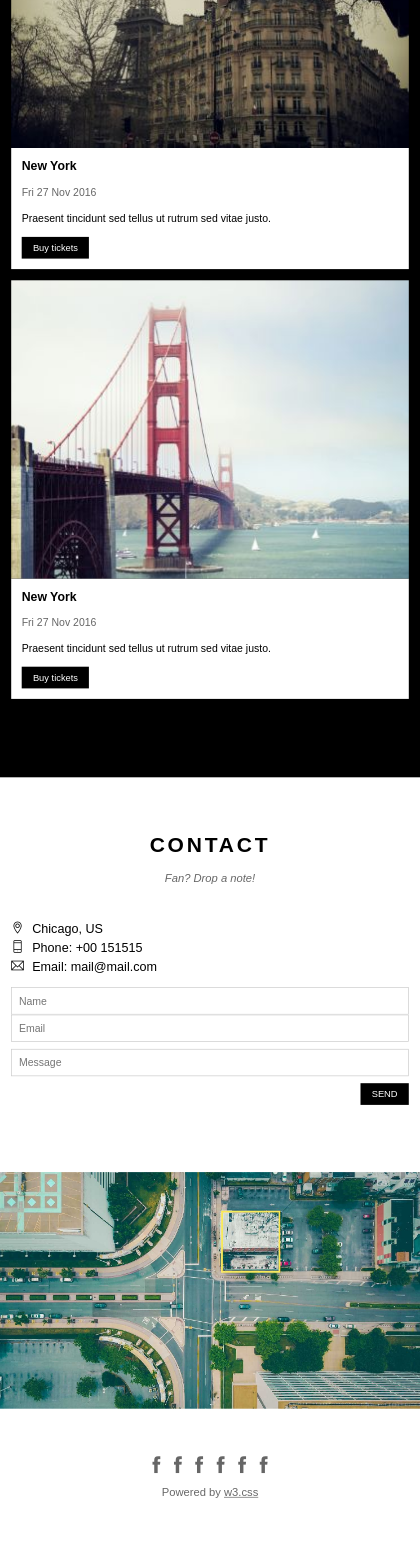
Repository: Bakyproit/the-Band
Page: index.html
These files come from the project's save history. The page is drawn as it stood at one moment and after a run of saves; the edit follows.
The browser window is 600 px wide. The pictures show the part of the page from y = 3299 to 5539 px (the page is 5519 px tall before and 5539 px after), at 70% of full size.

Above is the page before, as saved 2022-01-03 23:38:06.

### index.html
<!DOCTYPE html>
<html lang="en">
<head>
    <meta charset="UTF-8">
    <meta http-equiv="X-UA-Compatible" content="IE=edge">
    <meta name="viewport" content="width=device-width, initial-scale=1.0">
    <link rel="stylesheet" href="./assets/fonts/themify-icons/themify-icons.css">
    <link rel="stylesheet" href="./assets/css/style.css">
    <link rel="stylesheet" href="./assets/css/reponsive.css">
    <title>The-Band</title>
</head>
<body>

    <div id="main">
        <!-- begin header   -->
        <div id="header">
            <!-- Begin : Nav -->
            <ul id="nav">
                <li>
                    <a href="#">Home</a>
                </li>
                <li><a href="#band">Band</a></li>
                <li><a href="#tour">Tour</a></li>
                <li><a href="#contact">Contact</a></li>
                <li>
                    <a href="#">
                        More
                        <i class="nav-arrow-down ti-angle-down"></i>

                    </a>
                    <ul class="subnav">
                        <li><a href="#">Merchandise</a></li>
                        <li><a href="#">Extras</a></li>
                        <li><a href="#">Media</a></li>
                    </ul>
                </li>
            </ul>
            <!-- End : Nav -->
            <!-- Begin : Search button -->
            <div class="search-btn">
                <i class="search-icon ti-search"></i>
            </div>
            <div class="mobile-menu-btn" id='mobile-menu'>
                <i class="menu-icon ti-menu"></i>
            </div>
            <!-- End : Search button-->


        </div>
        <!-- end header     -->
        <!-- Begin slider== -->
        <div id="slider">
            <div class="text-content">
                <h2 class="text-heading">Chicago</h2>
                <div class="text-description">Thank you, Chicago - A night we won't forget</div>
            </div>

        </div>
        <!-- End slider    -->
        <!-- Begin content -->
        <div id="content">
        <!-- The- band -->
            <div id ="band" class="content-section">
                <h2 class="section-heading">THE BAND</h2>
                <p class="section-sub-heading">We love music</p>
                <p class="about-text">We have created a fictional band website. Lorem ipsum dolor sit amet, consectetur adipiscing elit, sed do eiusmod tempor incididunt ut labore et dolore magna aliqua. Ut enim ad minim veniam, quis nostrud exercitation ullamco laboris nisi ut aliquip ex ea commodo consequat. Duis aute irure dolor in reprehenderit in voluptate velit esse cillum dolore eu fugiat nulla pariatur. Excepteur sint occaecat cupidatat non proident, sunt in culpa qui officia deserunt mollit anim id est laborum consectetur adipiscing elit, sed do eiusmod tempor incididunt ut labore et dolore magna aliqua. Ut enim ad minim veniam, quis nostrud exercitation ullamco laboris nisi ut aliquip ex ea commodo consequat.</p>
                <div class="member-list">
                    <div class="col-third member-item">
                        <p class="member-name">Name</p>
                        <img src="/assets/img/bandmember.jpg" alt="" class="member-img">
                    </div>
                    <div class="col-third member-item">
                        <p class="member-name">Name</p>
                        <img src="/assets/img/bandmember.jpg" alt="" class="member-img">
                    </div>
                    <div class="col-third member-item">
                        <p class="member-name">Name</p>
                        <img src="/assets/img/bandmember.jpg" alt="" class="member-img">
                    </div>

                </div>

            </div>
        <!-- Tour -->
            <div id ="tour" class="tour-section">
                <div class="content-section ">
                    <h2 class="section-heading text-white">TOUR DATES</h2>
                    <p class="section-sub-heading text-white">Remember to book your tickets!</p>
                    <ul class="tickets-list">
                        <li>
                            September
                            <span class="sold-out">Sold out</span>
                        </li>
                        <li>
                            October
                            <span class="sold-out" >Sold out</span>
                        </li>
                        <li>
                            November
                            <span class="quantity" >3</span>
                        </li>
                    </ul>
                    <!-- places - list -->
                    <div class="places-list row">
                        <div class="places-item  col col-third">
                            <img src="/assets/img/play/play1.jpg" alt="" class="places-img">
                            <div class="places-content">
                                <h3 class="places-name">New York</h3>
                                <p class="places-time">Fri 27 Nov 2016</p>
                                <p class="places-title">Praesent tincidunt sed tellus ut rutrum sed vitae justo.</p>
                                <button  class="btn js-buy-tickets ">Buy tickets</button>
                            </div>
                        </div>
                        <div class="places-item  col col-third ">
                            <img src="/assets/img/play/play2.jpg" alt="" class="places-img">
                            <div class="places-content">
                                <h3 class="places-name">New York</h3>
                                <p class="places-time">Fri 27 Nov 2016</p>
                                <p class="places-title">Praesent tincidunt sed tellus ut rutrum sed vitae justo.</p>
                                <button  class="btn js-buy-tickets ">Buy tickets</button>
                            </div>
                        </div>
                        <div class="places-item  col col-third">
                            <img src="/assets/img/play/play3.jpg" alt="" class="places-img">
                            <div class="places-content">
                                <h3 class="places-name">New York</h3>
                                <p class="places-time">Fri 27 Nov 2016</p>
                                <p class="places-title">Praesent tincidunt sed tellus ut rutrum sed vitae justo.</p>
                                <button  class="btn js-buy-tickets ">Buy tickets</button>
                            </div>
                        </div>
                    </div>
                </div>
            </div>
        <!--    Contact -->
            <div id ="contact" class="content-section">
                <h2 class="section-heading ">CONTACT</h2>
                <p class="section-sub-heading ">Fan? Drop a note!</p>
                <!-- contact - content -->
                <div class="row contact-content">
                    <div class="col col-half contact-info">
                        <p><i class="ti-location-pin"></i>Chicago, US</p>
                        <p><i class="ti-mobile"></i>Phone: +00 151515</p>
                        <p><i class="ti-email"></i>Email: mail@mail.com</p>
                    </div>
                    <div class="col col-half contact-form">
                        <form action="">
                            <div class="row flex contact-name-email">
                                <div class="col col-half contact__input">
                                    <input type="text" name="" placeholder="Name" required id="" class="form-control">
                                </div>
                                <div class="col col-half contact__input">
                                    <input type="email" name="" placeholder="Email" required  id="" class="form-control">
                                </div>
                            </div>

                            <div class="row ">
                                <div class="col col-full">
                                    <input type="text" name="" placeholder="Message" required id="" class="form-control">
                                </div>
                            </div>
                            <input type="submit" value="SEND" class="btn pull-right">
                        </form>
                    </div>
                </div>
            </div>
        <!-- map -->
            <div class="map-section">
                <img src="./assets/img/map.jpg" alt="Map">
            </div>

        </div>
        <!-- End content -->
        <!-- Begin footer -->
        <div id="footer">
            <div class="social-list">
                <a href=""><i class="ti-facebook"></i></a>
                <a href=""><i class="ti-facebook"></i></a>
                <a href=""><i class="ti-facebook"></i></a>
                <a href=""><i class="ti-facebook"></i></a>
                <a href=""><i class="ti-facebook"></i></a>
                <a href=""><i class="ti-facebook"></i></a>
            </div>
            <p class="copy-right">Powered by <a href="">w3.css</a></p>
        </div>
        <!-- end-footer -->
        <!-- modal -->
        <div class="modal js-modal">
            <div class="modal-container js-modal-container">
                <div class="modal-close js-modal-close">
                    <i class="ti-close"></i>
                </div>
                <!-- header -->
                <header class="modal-header">
                    <i class="ti-bag"></i>
                    Tickets
                </header>
                <!-- body -->
                <div class="modal-body">
                    <label for="ticket-quantity" class="model-label">
                        <i class="ti-shopping-cart"></i>
                        Tickets, $15 per person
                    </label>
                    <input id="ticket-quantity" type="text" class="modal-input" placeholder="Howmany ?">


                    <label for="ticket-email" class="model-label">
                        <i class="ti-user"></i>
                        Send To
                    </label>
                    <input id= "ticket-email" type="text" class="modal-input" placeholder="Enter email ?">

                    <button class="buy-tickets">
                        Pay
                        <i class="ti-check"></i>
                    </button>
                </div>
                <footer class="modal-footer">
                    <p class="modal-help">Need <a href="">help?</a></p>
                </footer>
            </div>
        </div>
        <!-- end modal -->
        <!-- javascript -->
        <script>
            const buyBtns = document.querySelectorAll('.js-buy-tickets')
            const modal = document.querySelector('.js-modal')
            const modalClose = document.querySelector('.js-modal-close')
            const modalContainer =document.querySelector('.js-modal-container')
            function buyTickets(){
                modal.classList.add('open')
            }
            function hiddenBuyTickets(){
                modal.classList.remove('open')
            }


            for(const buyBtn of buyBtns){
                buyBtn.addEventListener('click' ,buyTickets )
            }
            modalClose.addEventListener('click' , hiddenBuyTickets)
            modal.addEventListener('click' , hiddenBuyTickets)
            modalContainer.addEventListener('click' , function (event){
                event.stopPropagation()
            })


            // dong mo menu
            var header = document.getElementById('header') ;
            var mobileMenu = document.getElementById('mobile-menu') ;
            var headerHeight = header.clientHeight ;
            mobileMenu.onclick= function(){
                // console.log(header.clientHeight);
                var isClosed = header.clientHeight === headerHeight ;
                if(isClosed){
                    header.style.height = 'auto' ;
                }else {
                    header.style.height = null ;
                }
            }
            //  tu dong dong khi chon menu
            var menuItems = document.querySelectorAll('#nav li a[href*="#"]') ;
            console.log(menuItems) ;
            for(var i = 0;i < menuItems.length ;i++) {
                var menuItem = menuItems[i] ;

                menuItem.onclick = function(event){
                    // kiem tra ae lien ke no
                    var isParentMenu = this.nextElementSibling &&
                            this.nextElementSibling.classList.contains('subnav') ;
                    if(isParentMenu){
                        event.preventDefault() ;
                    }else{
                        header.style.height = null ;
                    }
                }
            }

        </script>
        <!-- javascript -->
    </div>
</body>
</html>



<!-- hang row -->

### assets/css/style.css
/*
Reset css
*/
*{
    padding: 0;
    margin:  0;
    box-sizing: border-box;
}
html {
    font-family: Arial, Helvetica, sans-serif;
    scroll-behavior: smooth;
}
#main {

}
.text-white{
    color:#fff !important;
}
.btn{
    display: inline-block;
    text-decoration: none;
    padding: 8px 16px;
    color: #fff;
    background-color: #000;
    border : none  ;
}
.btn:hover{
    color: #000!important;
    background-color: #ccc!important;
    cursor: pointer;
}

.pull-right{
    float: right !important ;
}
.flex{
    display: flex;
    flex-wrap: wrap;
}

.row {
    margin-left: -8px;
    margin-right: -8px;
}
.col {
    padding-left: 8px;
    padding-right: 8px;
}
.col-third{
    width: 33.33333%;
}
.col-half{
    width: 50%;
}
.col-full{
    width: 100%;
}
/* =====header===== */
#header {
    height: 46px;
    background-color: #000;
    position: fixed;
    top : 0 ;
    right: 0;
    left : 0;
    z-index: 1;
}
#nav{
    display: inline-block;
}
#nav .subnav {
    list-style-type: none;
}
/* nav */
#nav > li{
    display: inline-block;
    position: relative;
}
#nav li a{
    display: inline-block;
    color : #fff ;
    text-decoration: none;
    line-height: 46px;
    padding: 0px 24px;
    text-transform: uppercase;
}
#nav > li:hover > a,
#nav .subnav li:hover a{
    color : #000 ;
    background-color: #ccc;
}
/*     subnav */
#nav .subnav{
    display: none;
    position: absolute;
    top:100% ;
    background-color: #fff;
    /* bong do */
    box-shadow: 0 0 10px rgba(0, 0, 0,0.5) ;
    min-width: 160px;
}
#nav li:hover .subnav {
    display: block ;
}

#nav .subnav  a{
    display:  block;
    color: #000;
    padding: 0 12px;
    line-height: 38px;
}
#nav .nav-arrow-down{
    font-size: 14px;
}
.mobile-menu-btn{
    position: absolute;
    top: 0;
    right: 0;
}
.mobile-menu-btn,
#header .search-btn{
    float: right;
    padding: 0 21px;
}

#header .search-btn:hover{
    cursor: pointer;
    background-color:#f44336 ;
}
#header .mobile-menu-btn:hover {
    background-color:#ccc ;
}
#header .mobile-menu-btn:hover .menu-icon{
    color: #000;
}
#header .menu-icon ,
#header .search-icon{
    color : #fff ;
    font-size: 20px;
    line-height: 46px;
}


/* ====end header=======                 */
/*      Begin slider                     */
#slider {
    margin-top: 46px;
    padding-top:50%;
    /* luon bang 50% chieu rong */
    background: url('/assets/img/slider/slider1.jpg') top center / cover no-repeat;
    position: relative;
}
#slider .text-content{
    position: absolute;
    bottom: 48px;
    left:50%;
    color:#fff ;
    transform: translateX(-50%);
    text-align: center;

}
#slider .text-heading{
    margin:  0 0 25px 0 ;
    font-weight: 500px;
    font-size: 24px;
}
#slider .text-description{
    font-size: 15px;
}
/*    End slider                     */
/*    Begin content                  */
#content {
    color : #000 ;
}
#content .content-section{
    width: 800px;
    max-width: 100%;
    margin-left: auto;
    margin-right: auto;
    padding: 64px 16px;

}
#content .section-heading{
    margin: 10px 0;
    font-size: 30px;
    text-align: center;
    font-weight: 400px;
    letter-spacing: 4px;
    line-height: 45px;
}
#content .section-sub-heading{
    margin:15px 0 ;
    text-align: center;
    font-style: italic;
    opacity: 0.6;
    line-height: 22px;
}
/*             About                   */
#content .about-text{
    margin: 15px 0 ;
    font-size: 14px;
    text-align: justify ;
    line-height: 1.6;

}
#content .member-list{
    padding: 32px 0 ;
    display: flex;
    flex-wrap: wrap;
    text-align: center;
}

#content  .member-name{
    margin: 15px 0;
    font-size: 15px;
    line-height: 22px;
}
#content  .member-img{
    margin-bottom: 10px;
    width: 154px;
    border-radius: 4px;
}

/*                   Tour                        */
.tour-section{
    background-color: black;
    color:#fff ;
}
.tour-section .tickets-list li{
    list-style: none;
    color: #757575;
    padding: 8px 16px;
    font-size: 15px;
    line-height: 22px;
    background-color: #fff;
    border-bottom: 1px solid #ddd;
}
.tour-section  .sold-out{
    display: inline-block;
    background-color: #f44336;
    padding: 0 8px;
    margin-left:16px;
}
.tour-section .quantity{
    display: inline-block;
    padding: 0 8px;
    margin-right: 16px;
    background-color: #333;
    color:#fff ;
    border-radius: 50%;
    float: right;
}

.places-list{
    display: flex;
    flex-wrap: wrap;
    color: #000;
    font-size: 15px;
    padding: 32px 0 ;
}
.places-item{
    margin-bottom: 16px;
}

.places-img{
    width: 100%;
    display: block;
}
.places-img:hover{
    opacity: 0.6;
}
.places-content{
    padding: 15px;
    line-height: 22px;
    background-color: #fff;
}
.places-name{
}
.places-time{
    margin-top: 15px ;
    opacity: 0.6;
}
.places-title{
    margin: 15px 0 ;
    line-height: 1.5;
}




/*                  contact            */

.contact-content{
    display: flex;
    flex-wrap: wrap;
    padding-bottom: 32px  ;
    padding-top: 32px;
}
.contact-info{
    font-size: 18px;
    line-height: 1.5;
}
.contact-info i[class*="ti-"]{
    display: inline-block;
    width: 30px;

}

.contact-form .form-control{
    font-size: 15px;
    padding: 10px ;
    border : 1px solid #ccc ;
    width: 100%;
    margin-bottom: 10px;
}
/*                      Map-section                        */
.map-section img {
    width: 100%;
}


/*                      end content                 */
/*                      Begin footer                */

#footer {
    padding: 64px 16px;
    text-align: center;
}
#footer .social-list{
    font-size: 24px;

}
#footer .social-list a {
    text-decoration: none;
    color: rgba(0, 0, 0,0.6);

}
#footer .social-list a:hover{
    color: rgba(0, 0, 0,0.4);
}
#footer .copy-right{
    margin: 15px  0 ;
    color: rgba(0, 0, 0,0.6);
}
#footer .copy-right a{
    color: rgba(0, 0, 0,0.6);
}
/*                         end footer                */
/*                         modal                   */
.modal{
    position: fixed;
    top:0;
    right: 0 ;
    bottom: 0;
    left: 0;
    background: rgba(0,0,0,0.4);
    align-items: center;
    justify-content: center;
    display: none;
}
.modal.open{
    display: flex;
}
.modal-container{
    background-color: #fff;
    width: 900px;
    min-height: 300px;
    position: relative;
    animation: modalFaceIn ease .6s;
}
.modal-close {
    position: absolute;
    top: 0;
    right: 0;
    padding: 8px 16px;
    line-height: 36px;
    color:#fff ;
}
.modal-close:hover{
    color:#000 ;
    background: #ccc;
    opacity: 0.6;
}
.modal-header{
    background-color: #009688;
    height: 130px;
    font-size: 30px ;
    color:#fff ;
    display: flex;
    align-items: center;
    justify-content: center;
    padding: 32px 16px;
}
.modal-header i {
    margin-right: 20px;
}
.modal-body{
    padding: 0 16px ;
    margin-top: 15px;
}
.model-label{
    display: block;
    font-size: 15px;
    color: #000;
    padding: 2.5px 0;

}
.modal-input {
    padding: 11.5px 8px;
    border : 1px solid #ccc ;
    width: 100%;
    margin: 15px 0;
}

.buy-tickets{
    background-color: #009688;
    padding:18.5px 16px;
    margin-bottom: 16px;
    width: 100%;
    font-size: 15px;
    border :0 ;
}

.buy-tickets:hover{
    color:#000 ;
    background: #ccc;
}


.modal-footer{
    display: inline-block;
    margin: 15px 0;
    padding: 2.5px 16px ;
    font-size: 15px;
    float: right;
}
.modal-footer .modal-help{
}
.modal-footer a{
    color :#2196F3 ;
}



@keyframes modalFaceIn{

    from{
        opacity: 0;
        transform: translateY(-140px);
    }
    to{
        opacity: 1;
        transform: translateY(0);
    }
}

### assets/css/reponsive.css


/* mobile */
@media (max-width:739px) {
    /* header */
    #header {
        overflow: hidden;
    }
    #header .search-btn{
        display: none;
    }
    #nav {
        display: block;
    }
    #nav > li{
        display: block;
    }
    #nav > li:first-child{
        display: inline-block;
    }
    #nav li a {
        display: block;
    }
    #nav .subnav{
        position: inherit;
        background-color: #333;
    }
    #nav .subnav  a{
        color:#fff ;
        padding: 5px 41px;
    }
    /* content */
    #content .member-item{
        width: 100%;
        margin-top: 30px;
    }
    #content  .member-img{
        width: 60%;
    }
    /* places */
    .places-list .places-item{
        width: 100%;
    }
    /* contact */
    .contact-info{
        width: 100%;
        margin-bottom: 16px;
    }
    .contact-form{
        width: 100%;
    }
    .contact-name-email{
        margin-bottom: 10px;
    }
    .contact__input{
        width: 100%;
    }
    .contact__input .form-control{
        margin-bottom: 0;
    }


}

/* tablet */
@media (min-width:740px) and (max-width:1023px) {
    .mobile-menu-btn {
        display: none;
    }
}

/* PC */
@media (min-width:1024px) {
    .mobile-menu-btn {
        display: none;
    }
}

Loaded but not shown: assets/fonts/themify-icons/themify-icons.css (common file)

After the next 3 saves:
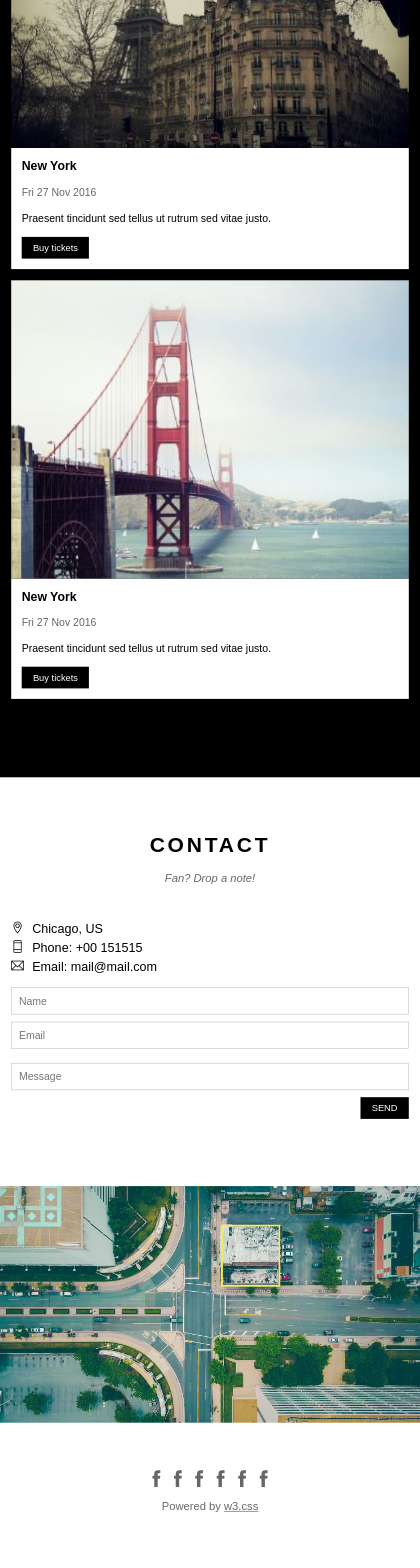
The 3 saves are shown as one change because they came seconds apart.
The last was saved 9 h 3 min later.
--- a/assets/css/reponsive.css
+++ b/assets/css/reponsive.css
@@ -55,11 +55,6 @@
     .contact__input{
         width: 100%;
     }
-    .contact__input .form-control{
-        margin-bottom: 0;
-    }
-
-
 }
 
 /* tablet */
